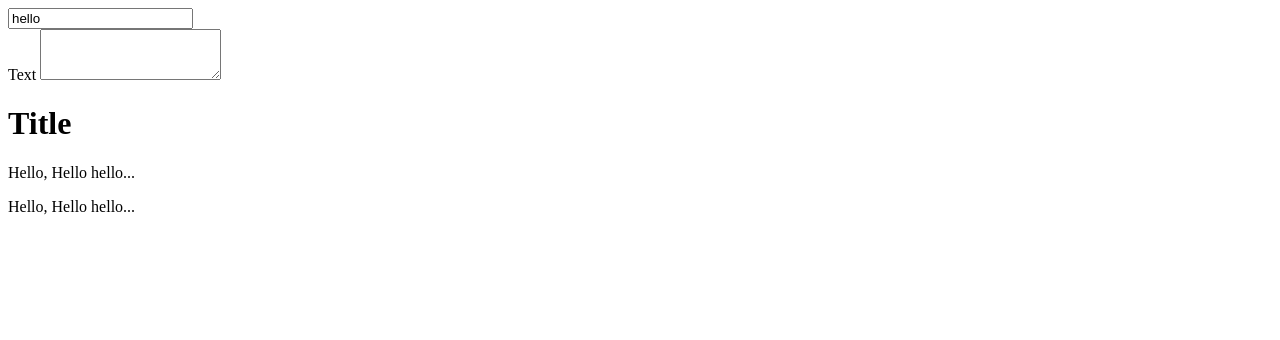
Repository: kojimayu/dotinstall-JavaScript-DOM
Page: index.html
These files come from the project's save history. The page is drawn as it stood at one moment and after the next save; the edit follows.
The browser window is 1280 px wide. The pictures show the whole page.

Above is the page before, as saved 2019-04-13 16:33:35.

After the next save:
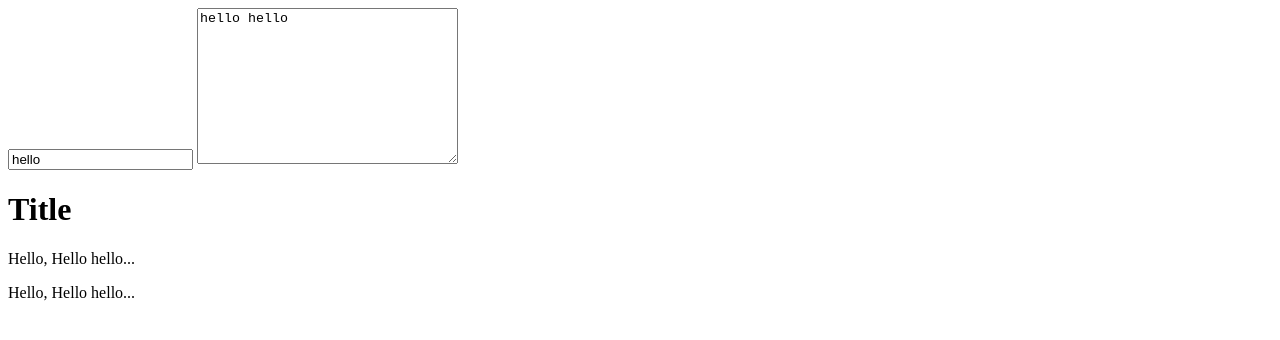
Saved 84 s later.
--- a/index.html
+++ b/index.html
@@ -9,10 +9,7 @@
 
 <body>
   <input type="text" value="hello">
-  <div class="form-group">
-    <label for="my-input">Text</label>
-    <textarea id="my-input" class="form-control" rows="3"></textarea>
-  </div>
+  <textarea name="" id="" cols="30" rows="10">hello hello</textarea>
   <script src="js/main.js"></script>
 </body>
 
